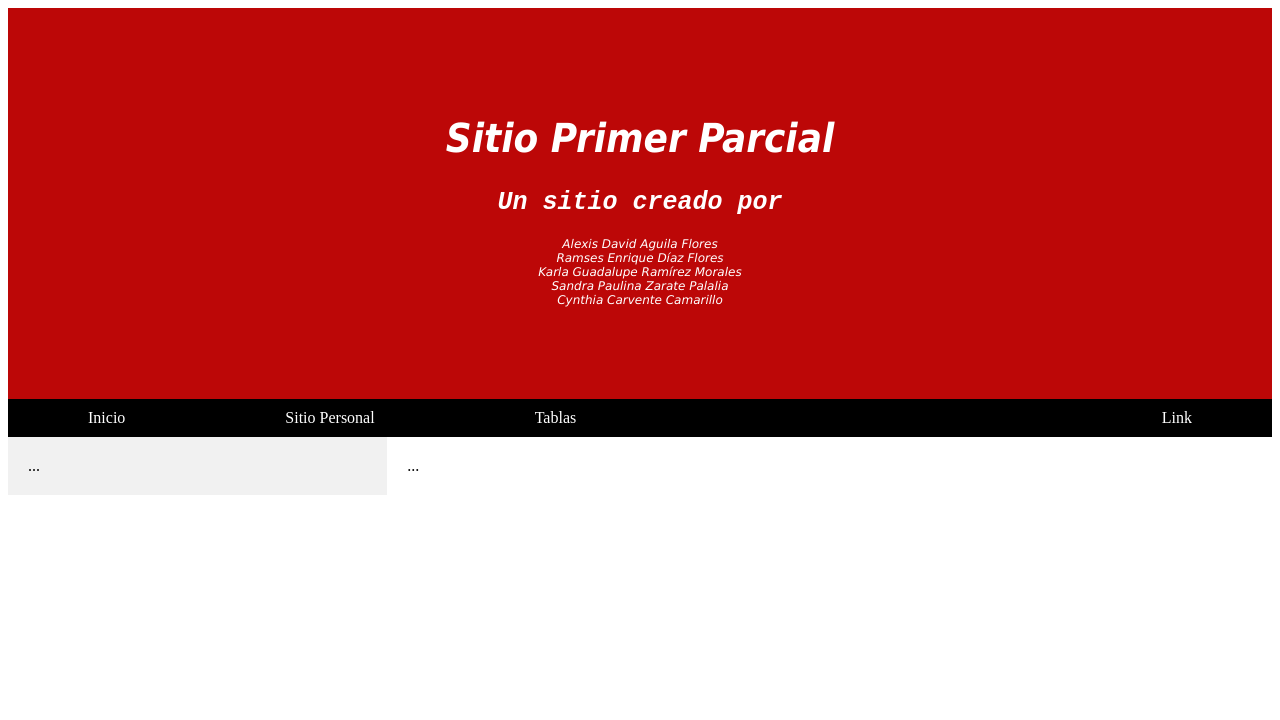
Repository: Dogueen/miniProyectoUniversidad
Page: miniProyecto/principal.html
The author's editor kept a copy of each file at every save. The page is drawn from the files as they stood at one save, then again after the next save.
The browser window is 1280 px wide. The pictures show the whole page.

Above is the page before, as saved 2023-10-27 18:49:00.

After the next save:
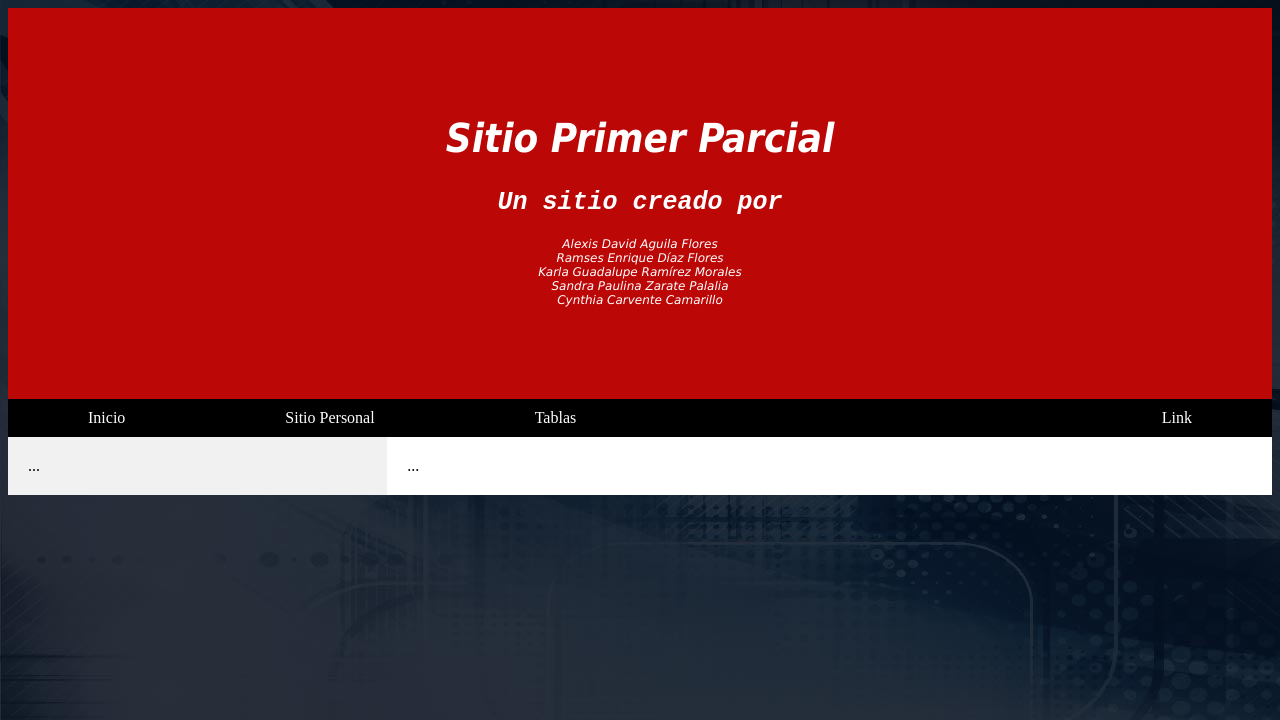
Saved 3 min 10 s later.
--- a/miniProyecto/styles/principal.css
+++ b/miniProyecto/styles/principal.css
@@ -1,4 +1,4 @@
-.body {
+body {
     background-image: url("images/bg-img.jpg");
 
 }
